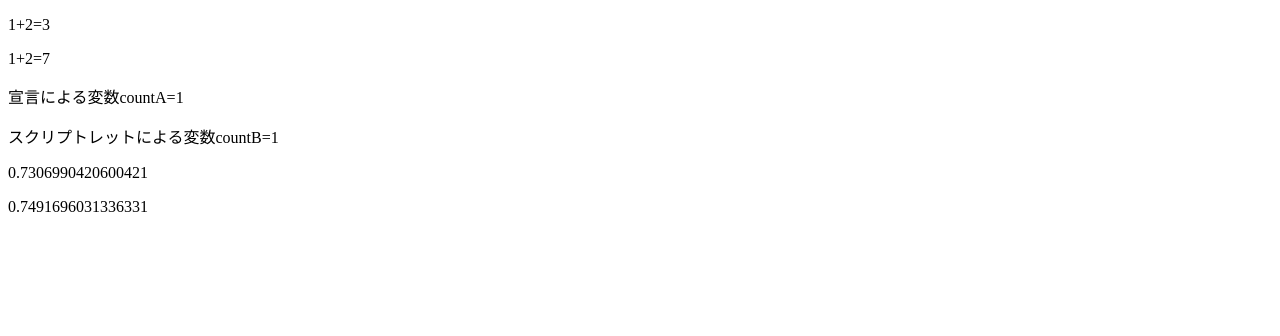
Repository: take00/test01
Page: http://localhost/HelloJSP/
The author's editor kept a copy of each file at every save. The page is drawn from the files as they stood at one save, then again after the next save.
The browser window is 1280 px wide. The pictures show the whole page.
The page is served by Tomcat 9.

Above is the page before, as saved 2019-01-07 10:24:16.

### HelloJSP/WebContent/index.jsp
<%@ page language="java" contentType="text/html; charset=UTF-8"
    pageEncoding="UTF-8"%>
<!DOCTYPE html>
<html>
<head>
<meta charset="UTF-8">
<title>TEST</title>
</head>
<body>
<%!
static int add(int a, int b){
	return a+b;
	}
%>
<p>1+2=<%=add(1,2) %></p>
<p>1+2=<%=add(3,4) %></p>


<%! static int countA=0; %>
<%
int countB=0;
countA++;
countB++;
%>
<p>宣言による変数countA=<%=countA %></p>
<p>スクリプトレットによる変数countB=<%=countB %></p>

<p><% out.println(Math.random()); %></p>
<p><%=Math.random() %></p>
</body>
</html>

After the next save:
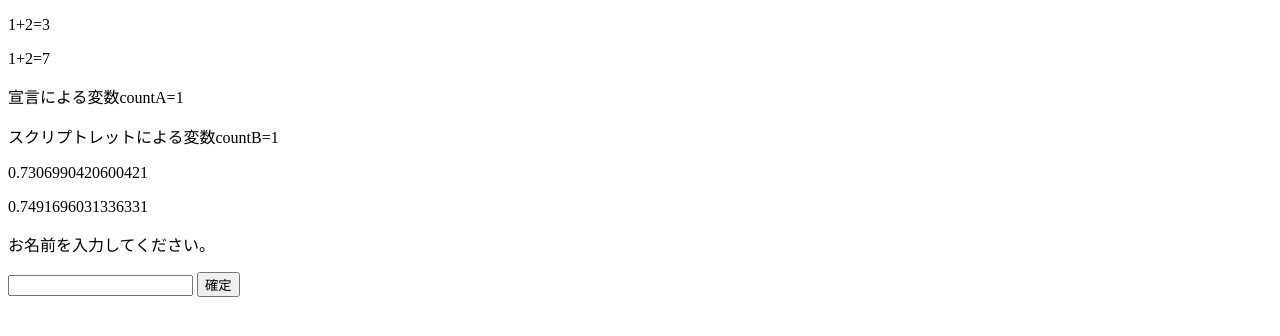
Saved 2 min 46 s later.
--- a/HelloJSP/WebContent/index.jsp
+++ b/HelloJSP/WebContent/index.jsp
@@ -27,5 +27,11 @@ countB++;
 
 <p><% out.println(Math.random()); %></p>
 <p><%=Math.random() %></p>
+
+<p>お名前を入力してください。</p>
+<form method="post" action="greeting-out.jsp">
+<input type="text" name="user">
+<input type="submit" value="確定">
+</form>
 </body>
 </html>
